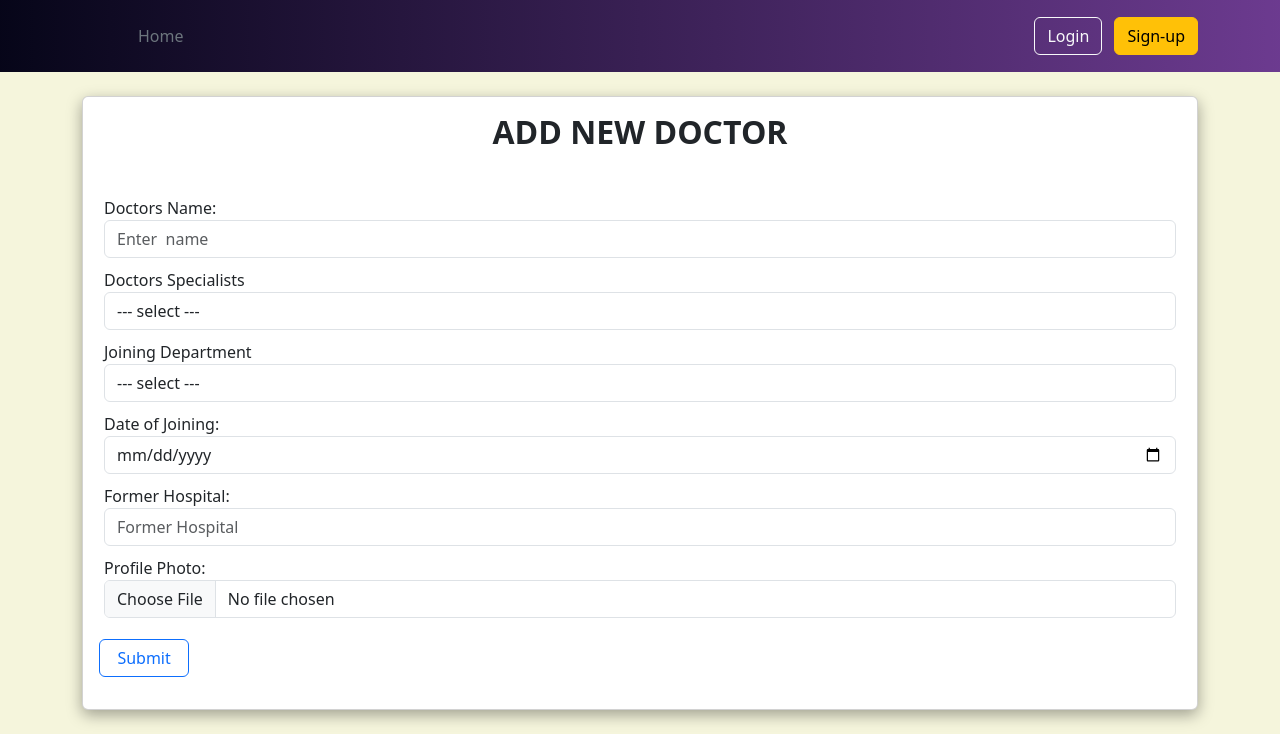
Repository: professorsourabh/php_membership
Page: index.html
The author's editor kept a copy of each file at every save. The page is drawn from the files as they stood at one save, then again after the next save.
The browser window is 1280 px wide. The pictures show the whole page.

Above is the page before, as saved 2023-07-08 17:24:48.

### index.html
<html lang="en">
<head>
    <meta charset="UTF-8">
    <meta name="viewport" content="width=device-width, initial-scale=1.0">
    <title>Assesment</title>
    <link href="https://cdn.jsdelivr.net/npm/bootstrap@5.3.0/dist/css/bootstrap.min.css" rel="stylesheet" integrity="sha384-9ndCyUaIbzAi2FUVXJi0CjmCapSmO7SnpJef0486qhLnuZ2cdeRhO02iuK6FUUVM" crossorigin="anonymous">
    <link rel="stylesheet" href="index.css"></link>
</head>
<body>
    <header class="p-3 bg-dark text-white">
        <div class="container">
          <div class="d-flex flex-wrap align-items-center justify-content-center justify-content-lg-start">
            <a href="/" class="d-flex align-items-center mb-2 mb-lg-0 text-white text-decoration-none">
              <svg class="bi me-2" width="40" height="32" role="img" aria-label="Bootstrap"><use xlink:href="#bootstrap"/></svg>
            </a>

            <ul class="nav col-12 col-lg-auto me-lg-auto mb-2 justify-content-center mb-md-0">
              <li><a href="#" class="nav-link px-2 text-secondary">Home</a></li>

            </ul>


            <div class="text-end">
              <button type="button" class="btn btn-outline-light me-2">Login</button>
              <button type="button" class="btn btn-warning">Sign-up</button>
            </div>
          </div>
        </div>
      </header>
      <div class="container my-4">
        <div class="card my-4" style="box-shadow: rgba(0, 0, 0, 0.35) 0px 5px 15px;">
            <div class="card-heading text-center my-3 mx-2">
                <h2 class="text-uppercase fw-bold">Add New Doctor</h2>
            </div>
            <div class="card-body">

                <form class="form-group" method="post" enctype="multipart/form-data" action="./save_doctor.php">
                    <div class="form-group">
                        <label for="name">Doctors Name:</label>
                        <input type="text" class="form-control" id="name" name="name" placeholder="Enter  name">
                    </div>

                    <div class="form-group">
                        <label for="message">Doctors Specialists</label>
                        <select name="speciality" id="" class="form-control">
                            <option value="">--- select ---</option>
                            <option value="audiologists">Audiologists</option>
                            <option value="cardiologists">Cardiologists</option>
                            <option value="cardiothoracic_surgeon">Cardiothoracic Surgeon</option>
                            <option value="dentist">Dentist</option>
                            <option value="endocrinologist">Endocrinologist</option>
                            <option value="gynecologists">Gynecologists</option>
                            <option value="neurologists">Neurologists</option>
                            <option value="orthopedic_surgeon">Orthopedic Surgeon</option>
                        </select>
                    </div>

                    <div class="form-group">
                    <label for="message">Joining Department</label>
                    <select name="department" id="" class="form-control">


                            <option value="">--- select ---</option>
                            <option value="OPD">OPD</option>
                            <option value="Surgical">Surgical</option>
                            <option value="IP">IP</option>
                            <option value="Nursing">Nursing</option>
                            <option value="OT">OT</option>
                            <option value="X-Ray">X-Ray</option>
                            <option value="Rehabilitation">Rehabilitation</option>
                            <option value="Paramedical">Paramedical</option>
                        </select>
                    </div>

                    <div class="form-group">
                        <label for="time">Date of Joining:</label>
                        <input type="date" class="form-control" name="doj" id="date" placeholder="Select a time">
                    </div>

                    <div class="form-group">
                        <label for="time">Former Hospital:</label>
                        <input type="type" class="form-control" name="former_hospital" id="former_hospital" placeholder="Former Hospital">
                    </div>

                    <div class="form-group">
                        <label for="time">Profile Photo:</label>
                        <input type="file" class="form-control" name="image" id="former_hospital" placeholder="Former Hospital">
                    </div>


                    <button class="btn btn-outline-primary col-sm-12 col-lg-1 my-3">Submit</button>
                </form>
            </div>
        </div>

    </div>

      <!-- <div class="col-sm-8 col-md-6 col-lg-8 col-xl-8 col-xxl-8">
    <section class="registration-part mx-5">
        <h2>Registration</h2>
        <form method="post" action="">
            <div class="form-group">
                <label for="exampleInputusername">User Name</label>
                <input type="text" class="form-control" name="username" id="username" placeholder="Enter User Name">
              </div>

              <div class="form-group">
                <label for="exampleInputfirst_name">First Name</label>
                <input type="text" class="form-control" name="firstname" id="first_name" placeholder="Password">
              </div>
              <div class="form-group">
                <label for="exampleInputlast_name">Last Name</label>
                <input type="text" name="lastname" class="form-control" id="last_name" placeholder="Password">
              </div>

            <div class="form-group">
              <label for="exampleInputEmail">Email</label>
              <input type="email" class="form-control" name="email" id="email"  placeholder="Enter email">

            </div>


              <div class="form-group">
                <label for="exampleInputPassword">Password</label>
                <input type="password" class="form-control" name="password" id="exampleInputPassword" placeholder="Password">
              </div>


            <button type="submit" class="btn btn-primary">Submit</button>
          </form>
    </section>
</div> -->




    <script src="https://cdn.jsdelivr.net/npm/bootstrap@5.3.0/dist/js/bootstrap.bundle.min.js" integrity="sha384-geWF76RCwLtnZ8qwWowPQNguL3RmwHVBC9FhGdlKrxdiJJigb/j/68SIy3Te4Bkz" crossorigin="anonymous"></script>
</body>
</html>

### index.css
*{
    padding: 0;
    margin: 0;
}

body{

    background-color: beige;
}
header{
    background: rgb(5,4,24);
    background: linear-gradient(90deg, rgba(5,4,24,0.9557072829131653) 0%, rgba(134,66,179,0.7400210084033614) 100%);
}
.registration-part{

    padding: 50px;

}
div.form-group{
    padding: 5px;
}

After the next save:
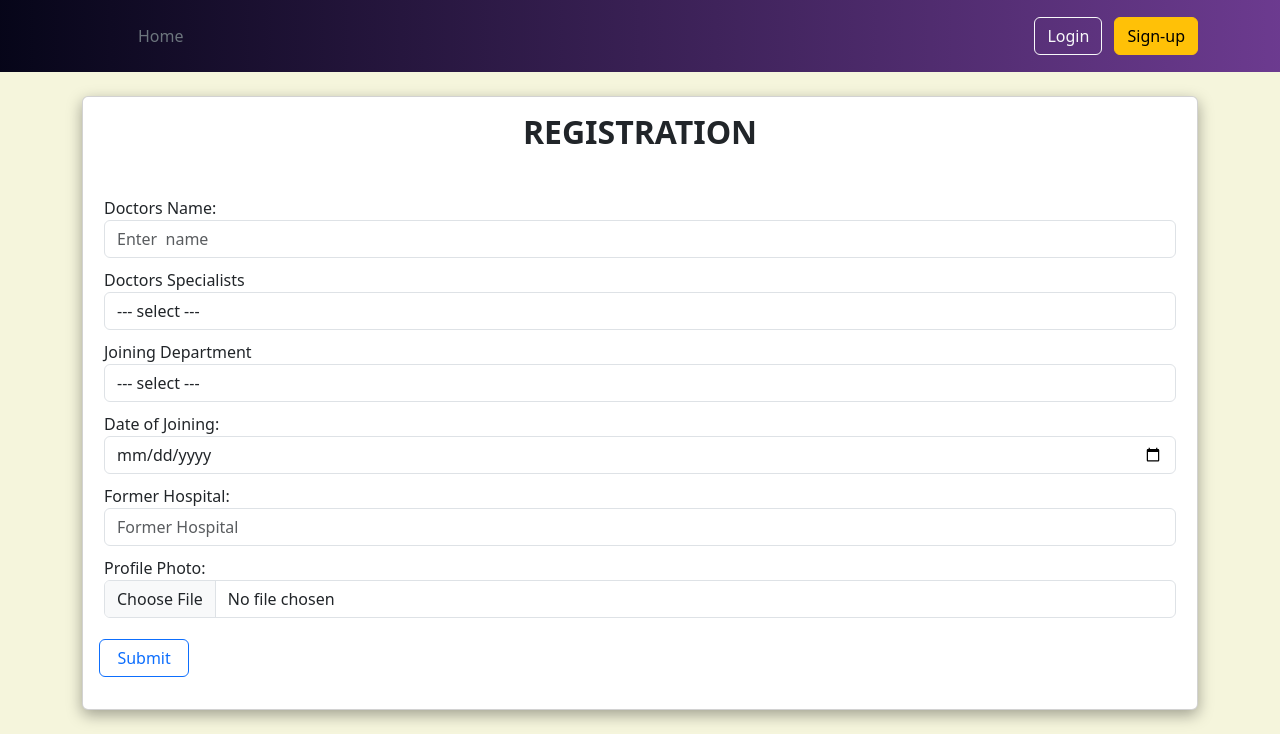
Saved 32 s later.
--- a/index.html
+++ b/index.html
@@ -30,7 +30,7 @@
       <div class="container my-4">
         <div class="card my-4" style="box-shadow: rgba(0, 0, 0, 0.35) 0px 5px 15px;">
             <div class="card-heading text-center my-3 mx-2">
-                <h2 class="text-uppercase fw-bold">Add New Doctor</h2>
+                <h2 class="text-uppercase fw-bold">Registration</h2>
             </div>
             <div class="card-body">
 
